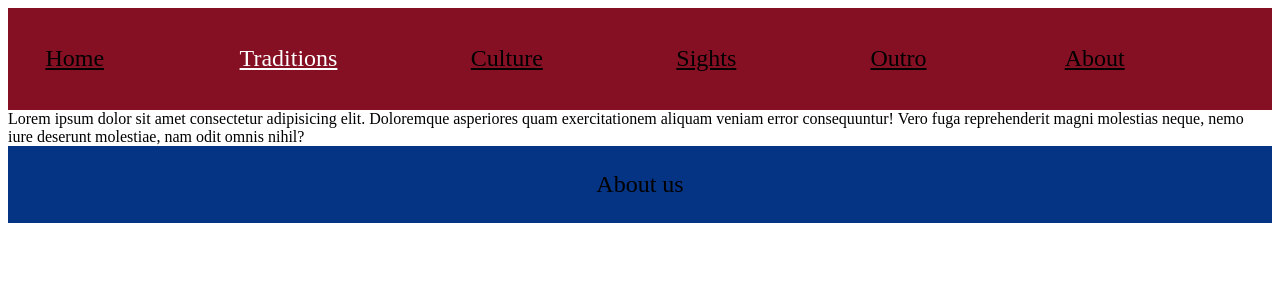
Repository: Cornman63/The-netherlands
Page: html/traditions.html
An editor plug-in stored every save of this project. The page is shown before and after the next save, followed by the edit.
The browser window is 1280 px wide. The pictures show the whole page.

Above is the page before, as saved 2023-05-26 12:46:06.

### html/traditions.html
<!DOCTYPE html>
<html lang="en">
<head>
    <meta charset="UTF-8">
    <meta http-equiv="X-UA-Compatible" content="IE=edge">
    <meta name="viewport" content="width=device-width, initial-scale=1.0">
    <link rel="stylesheet" href="style.css">
    <title>Visit the Netherlands</title>

</head>
<body>
    <div class="top">
        <div class="site"><a href="index.html" style="color:black" style="text-decoration: none;">Home</a></div>
        <div class="site"><a href="traditions.html" style="color: white" style="text-decoration: none;">Traditions</a></div>
        <div class="site"><a href="culture.html" style="color:black" style="text-decoration: none;">Culture</a></div>
        <div class="site"><a href="sights.html" style="color:black" style="text-decoration: none;">Sights</a></div>
        <div class="site"><a href="outro.html" style="color:black" style="text-decoration: none;">Outro</a></div>
        <div class="site"><a href="about.html" style="color:black" style="text-decoration: none;">About</a></div>
    </div>
    <div class="text">
        Lorem ipsum dolor sit amet consectetur adipisicing elit. Doloremque asperiores quam exercitationem aliquam veniam error consequuntur! Vero fuga reprehenderit magni molestias neque, nemo iure deserunt molestiae, nam odit omnis nihil?
    </div>
    <div class="bottom">
        About us
    </div>
</body>
</html>

### style.css
.top, .bottom {
    display: flex;
    flex-direction: row;
    justify-content: center;
    align-content:center;
    background-color:#861023;
    margin: auto;
    padding: 2%;
    font-size: 150%;
}
.bottom{
    background-color: #053484;
}

.site {
    display: flex;
    border: 1%;
    margin: 1%;
    margin-right: 10%;
    align-content: center;
    width: 90%;
}
.link{
    text-decoration: none;
}
.link:link {
    color:black;
}
.link:visited {
    color:black;
}
.link:hover {
    color:white;
}

#wafel, #hagel, #herring, #lico {
    width: 50%;
    height: 50%;
    display: flex;
    flex-direction: row;
}

.food {
    display: flex;
    flex-direction: row;
    width: 50%;
    flex-wrap: wrap;
    margin: auto;
    background-color:grey;
    padding: 1%;
    border-radius: 1%;
}
#foodh {
    margin: auto;
    font-size: large;
    align-content:center;
    justify-content: center;
    padding: 1%;
}

### CSS/style2.css
.top, .bottom {
    display: flex;
    flex-direction: row;
    justify-content: center;
    align-content:center;
    background-color:#861023;
    margin: auto;
    font-size: 150%;
}
.bottom{
    background-color: #053484;
}
.topbar {
    display: flex;
    border: 1%;
    margin: 1%;
    margin-right: 10%;
    align-content: center;
    width: 90%;
}

.link{
    text-decoration: none;
}
.link:link {
    color:black;
}
.link:visited {
    color:black;
}
.link:hover {
    color:white;
}
.foodmain {
    display: flex;
    flex-direction: row;
}
.food1 {
    max-width: 400px;
    margin: auto;
    display: flex;
    flex-direction: row;
}
#wafel, #hagel, #herring, #lico {
    width: 50%;
    height: 50%;
    display: flex;
    flex-direction: row;
}
.start {
    width: 100px;
}

After the next save:
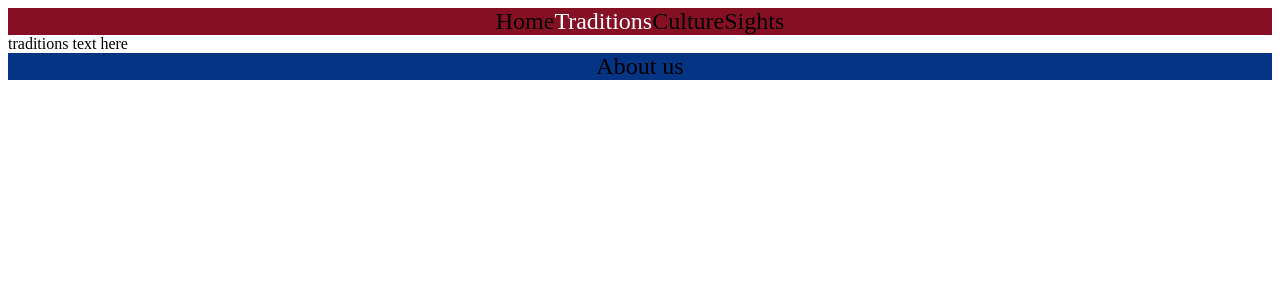
Saved 9 s later.
--- a/html/traditions.html
+++ b/html/traditions.html
@@ -4,21 +4,19 @@
     <meta charset="UTF-8">
     <meta http-equiv="X-UA-Compatible" content="IE=edge">
     <meta name="viewport" content="width=device-width, initial-scale=1.0">
-    <link rel="stylesheet" href="style.css">
+    <link rel="stylesheet" href="../CSS\style2.css">
     <title>Visit the Netherlands</title>
 
 </head>
 <body>
     <div class="top">
-        <div class="site"><a href="index.html" style="color:black" style="text-decoration: none;">Home</a></div>
-        <div class="site"><a href="traditions.html" style="color: white" style="text-decoration: none;">Traditions</a></div>
-        <div class="site"><a href="culture.html" style="color:black" style="text-decoration: none;">Culture</a></div>
-        <div class="site"><a href="sights.html" style="color:black" style="text-decoration: none;">Sights</a></div>
-        <div class="site"><a href="outro.html" style="color:black" style="text-decoration: none;">Outro</a></div>
-        <div class="site"><a href="about.html" style="color:black" style="text-decoration: none;">About</a></div>
+        <div class="site"><a href="index.html" class="link">Home</a></div>
+        <div class="site"><a href="traditions.html" style="color: white" class="link">Traditions</a></div>
+        <div class="site"><a href="culture.html" class="link">Culture</a></div>
+        <div class="site"><a href="sights.html" class="link">Sights</a></div>
     </div>
     <div class="text">
-        Lorem ipsum dolor sit amet consectetur adipisicing elit. Doloremque asperiores quam exercitationem aliquam veniam error consequuntur! Vero fuga reprehenderit magni molestias neque, nemo iure deserunt molestiae, nam odit omnis nihil?
+        traditions text here
     </div>
     <div class="bottom">
         About us
